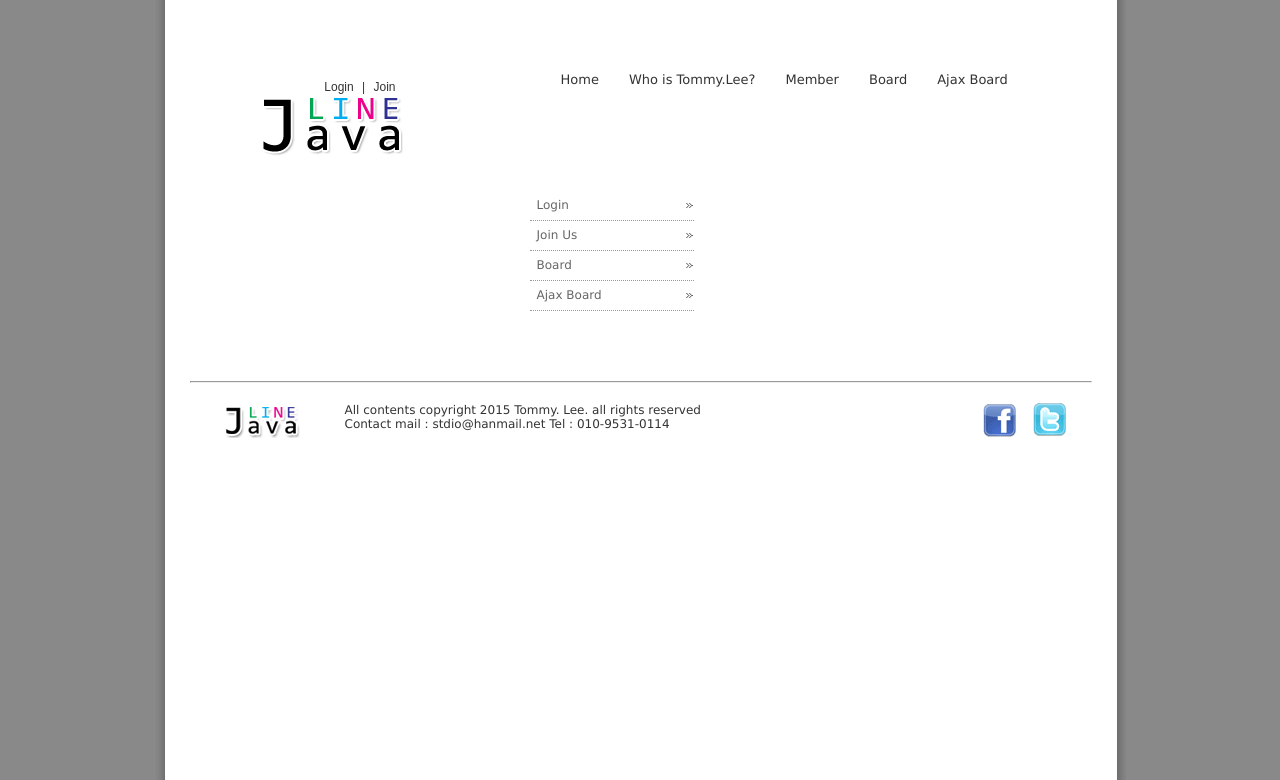
Repository: JIYEON25/HTML-CSS-JS
Page: myJSP/myHTML/src/main/webapp/default.html
The author's editor kept a copy of each file at every save. The page is drawn from the files as they stood at one save, then again after the next save.
The browser window is 1280 px wide. The pictures show the whole page.

Above is the page before, as saved 2023-09-06 06:47:42.

After the next save:
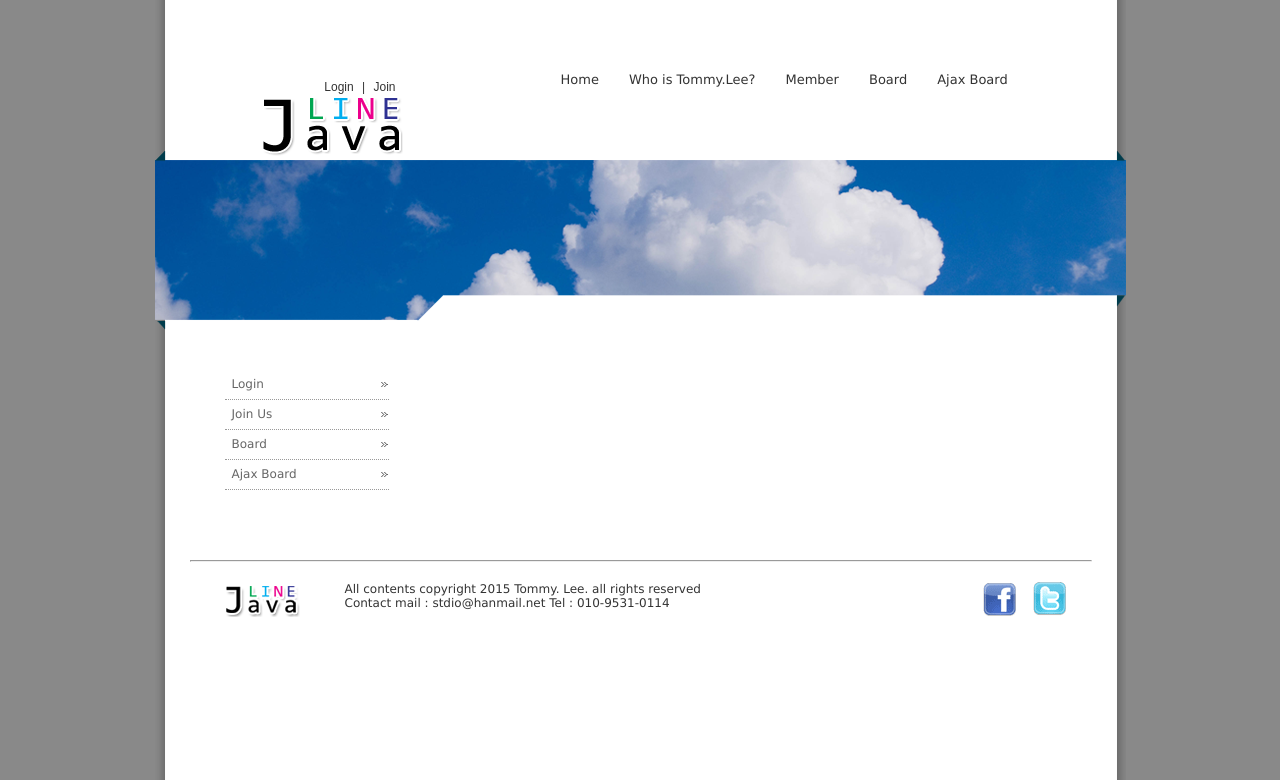
Saved 17 h 32 min later.
--- a/myJSP/myHTML/src/main/webapp/default.html
+++ b/myJSP/myHTML/src/main/webapp/default.html
@@ -2,7 +2,7 @@
 <html lang="ko">
 <head>
   <meta charset="UTF-8">
-  <link rel="stylesheet" type="text/css" href="css/default.css">
+  <link rel="stylesheet" type="text/css" href="default.css">
   <title>페이지 전체 구조</title>
 </head>
 <body>
@@ -10,7 +10,7 @@
   <header>
     <div id="logo">
     <div id="login"><a href="#">Login</a> | <a href="#">Join</a></div>
-	<div class="clear"></div>
+		<div class="clear"></div>
       <img src="images/logo.png" width="265" height="62" alt="Javaline Web">
     </div>
     <div>
@@ -25,8 +25,9 @@
 	</nav>
 	</div>
 	</header>
+	<div id="sub_img"></div>
     <!--왼쪽의 서브메뉴가 들어가는 곳-->
-    <nav id="sub_menu">
+  <nav id="sub_menu">
 		<ul>
 			<li><a href="#">Login</a>
 			<li><a href="#">Join Us</a>
